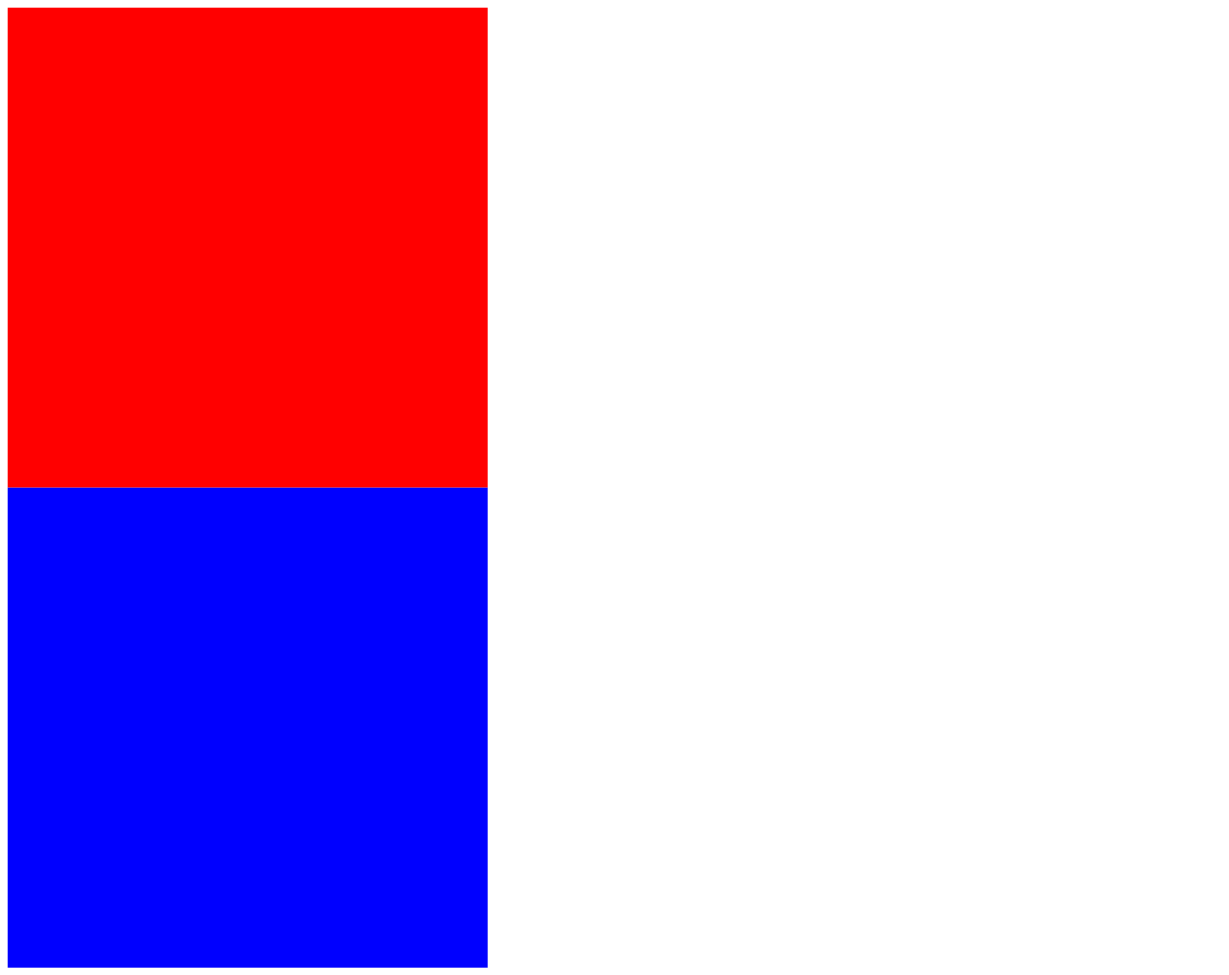
Repository: 9136424556/todo01
Page: coachtech/html-css/img1.html
The author's editor kept a copy of each file at every save. The page is drawn from the files as they stood at one save, then again after the next save.
The browser window is 1280 px wide. The pictures show the whole page, at 96% of full size.

Above is the page before, as saved 2023-11-27 09:57:29.

### coachtech/html-css/img1.html
<link rel="stylesheet" href="css/style6.css">
<!--追加-->
<div class="parrent"></div>
<div class="viewpoint"></div>

### coachtech/html-css/css/style6.css
.parrent{
    width: 500px;
    height: 500px;
    background-color: red;
}

.viewpoint{
    width: 500px;
    height: 500px;
    background-color: blue;
}

After the next save:
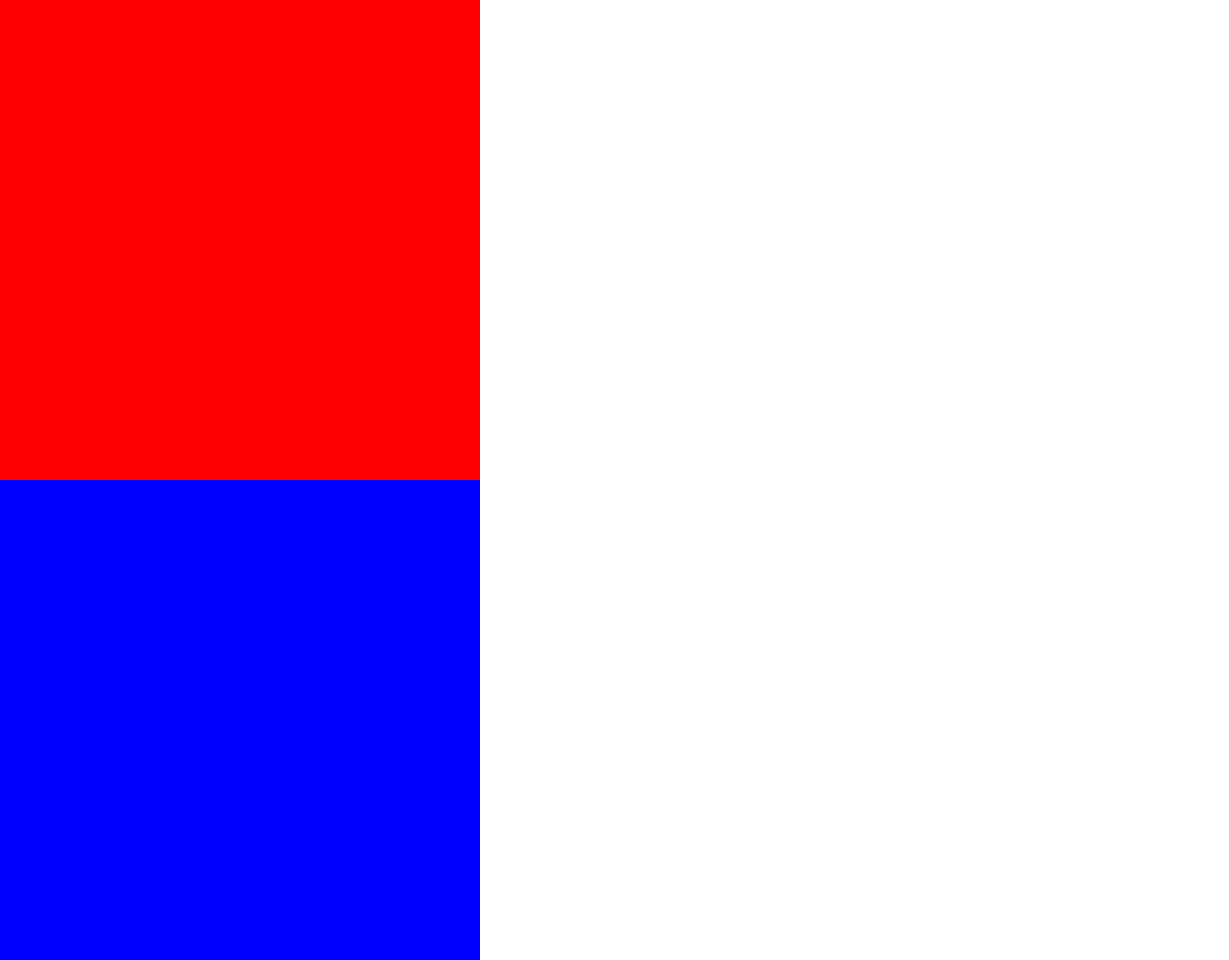
Saved 2 min 1 s later.
--- a/coachtech/html-css/css/style6.css
+++ b/coachtech/html-css/css/style6.css
@@ -1,3 +1,8 @@
+* {
+    box-sizing: border-box;
+    margin: 0;
+    padding: 0;
+  }
 .parrent{
     width: 500px;
     height: 500px;
